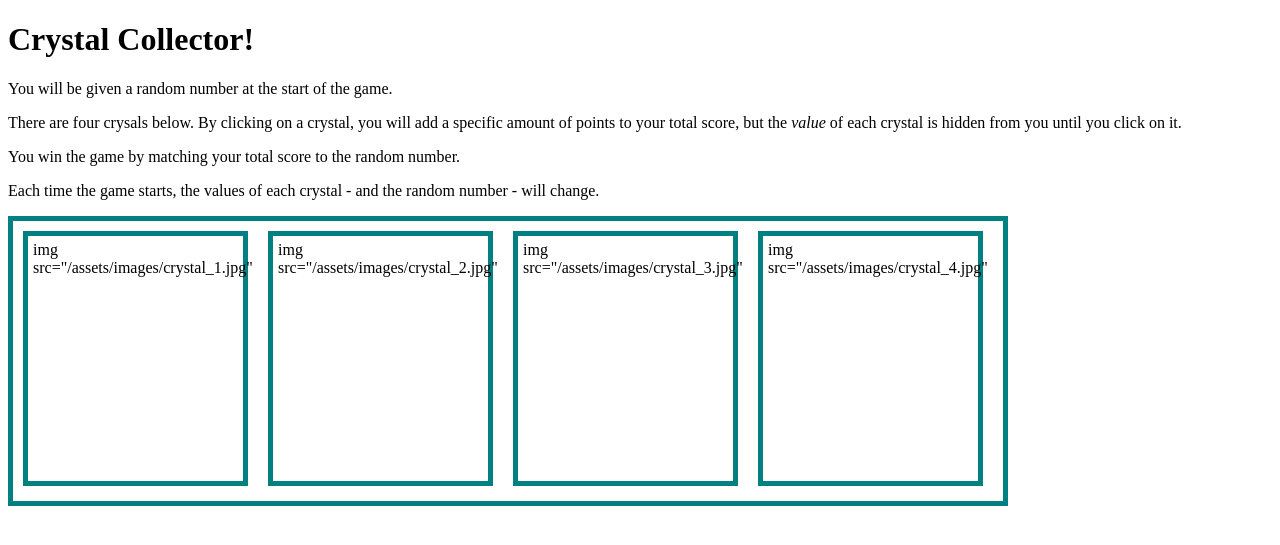
Repository: dsaftler/unit-4-game
Page: index.html
The author's editor kept a copy of each file at every save. The page is drawn from the files as they stood at one save, then again after the next save.
The browser window is 1280 px wide. The pictures show the whole page.

Above is the page before, as saved 2019-04-01 18:14:55.

### index.html
<!DOCTYPE html>
<html lang="en">
<head>
  <meta charset="UTF-8">
  <meta name="viewport" content="width=device-width, initial-scale=1.0">
  <meta http-equiv="X-UA-Compatible" content="ie=edge">
  <link rel="stylesheet" href="assets/css/reset.css">
  <link rel="stylesheet" href="assets/css/style.css">
  <script src="https://ajax.googleapis.com/ajax/libs/jquery/3.3.1/jquery.min.js"></script>


  <title>Puzzle Crystal Collector</title>
</head>
<body>
<h1>Crystal Collector!</h1>
<p>You will be given a random number at the start of the game.</p>
<p>There are four crysals below.  By clicking on a crystal, you will add a specific amount of points to your total score, but the <em>value</em> of each crystal is hidden from you until you click on it.</p>
<p>You win the game by matching your total score to the random number.</p>
<p>Each time the game starts, the values of each crystal - and the random number - will change.</p>

<div class="crystal-set">
  <div class="crystal" id="crystal_1">img src="/assets/images/crystal_1.jpg"</div>
  <div class="crystal" id="crystal_2">img src="/assets/images/crystal_2.jpg"</div>
  <div class="crystal" id="crystal_3">img src="/assets/images/crystal_3.jpg"</div>
  <div class="crystal" id="crystal_4">img src="/assets/images/crystal_4.jpg"</div>
</div>


</body>
</html>

### assets/css/style.css
* {
  box-sizing: border-box;
}
.body {
background-image: url("assets\images\congruent_pentagon.png")
}
.container{
  background-color: "green"

}
.crystal-set{
  background-color: #ffffff;
  height: 290px;
  width: 1000px;
  border:5px solid teal;

}
.crystal{
  float: left;
  height: 255px;
  width: 225px;
  border: teal 5px solid;
  padding: 5px;
  margin: 10px;

}

Loaded but not shown: assets/css/reset.css (no stored copy; drawn as an empty file)

After the next save:
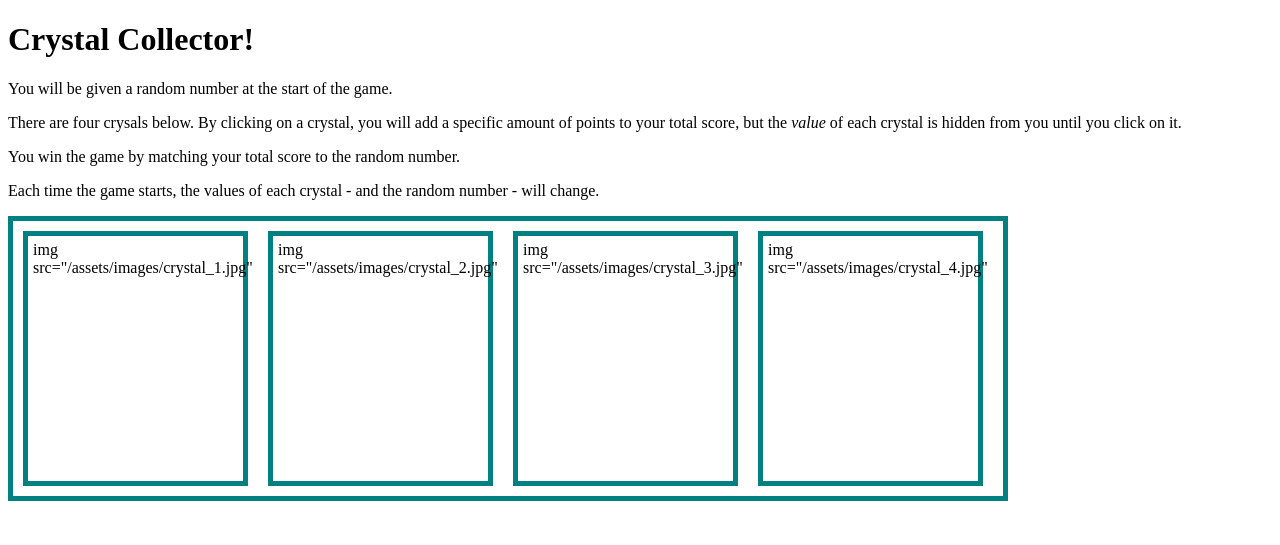
Saved 32 s later.
--- a/assets/css/style.css
+++ b/assets/css/style.css
@@ -10,7 +10,7 @@ background-image: url("assets\images\congruent_pentagon.png")
 }
 .crystal-set{
   background-color: #ffffff;
-  height: 290px;
+  height: 285px;
   width: 1000px;
   border:5px solid teal;
 
